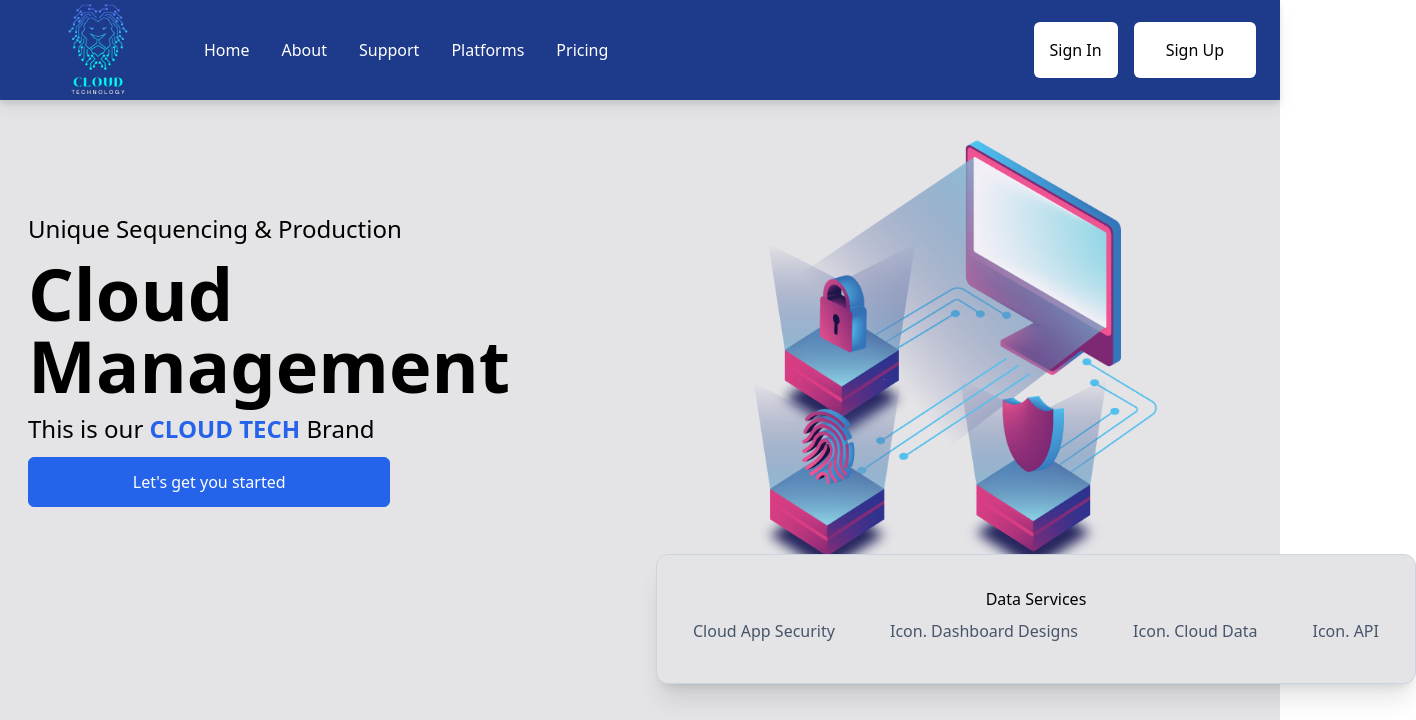
Repository: Esther-Kamau/cloud-management
Page: /
The author's editor kept a copy of each file at every save. The page is drawn from the files as they stood at one save, then again after a run of saves.
The browser window is 1280 px wide. The page is 1416 px wide, so the pictures cover 1416 px, including what lies to the right of the window. The pictures show the whole page.
The project was rebuilt for these pictures with package versions that can differ from the ones it lists, and the page was loaded fresh each time. A package was used in the major version that the imports need, not the one package.json lists.

Above is the page before, as saved 2023-03-16 17:58:58.

After the next 14 saves:
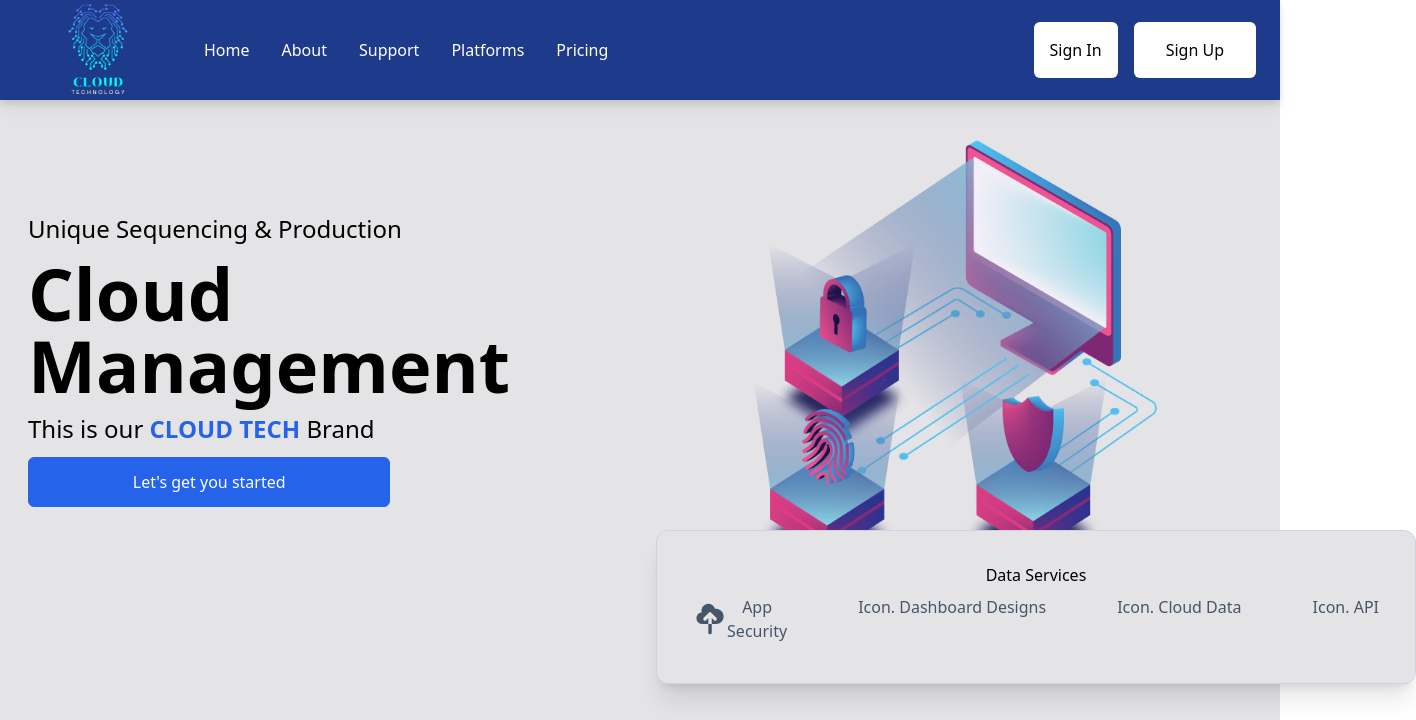
The 14 saves are shown as one change because 5 did not build or start and some came seconds apart.
The last was saved 59 s later.
--- a/src/components/Hero.jsx
+++ b/src/components/Hero.jsx
@@ -34,7 +34,7 @@ const Hero = () => {
         >
           <p>Data Services</p>
           <div className="flex flex-wrap justify-between px-5">
-            <p className="flex px-4 py-2 text-slate-600">Cloud App Security</p>
+            <p className="flex px-4 py-2 text-slate-600"><CloudUploadIcon /> App Security</p>
             <p className="flex px-4 py-2 text-slate-600">Icon. Dashboard Designs</p>
             <p className="flex px-4 py-2 text-slate-600">Icon. Cloud Data</p>
             <p className="flex px-4 py-2 text-slate-600">Icon. API</p>
